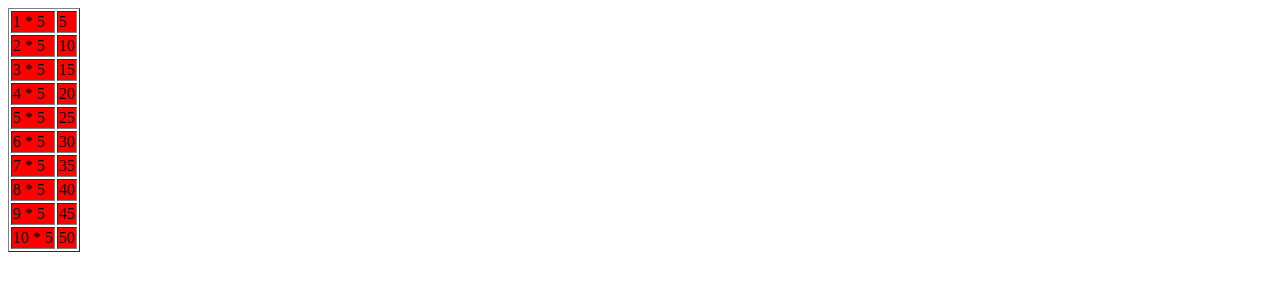
Repository: pedroblanch/ejerciciosPhp2021-2022
Page: http://localhost/tabla_multiplicar_3.php
An editor plug-in stored every save of this project. The page is shown before and after the next save, followed by the edit.
The browser window is 1280 px wide. The pictures show the whole page.
The page is run by PHP 8.4 with error messages shown; the project is at /var/www/html/.

Above is the page before, as saved 2021-12-17 12:36:00.

After the next save:
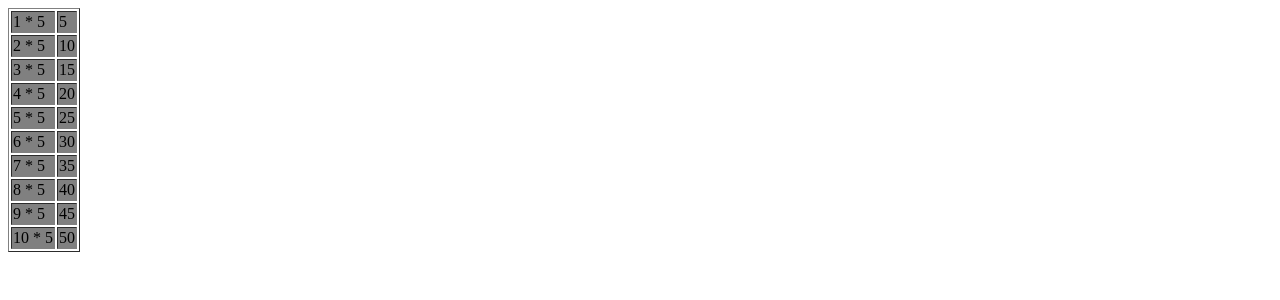
Saved 23 s later.
--- a/ejerciciosBasicos/tabla_multiplicar_3.php
+++ b/ejerciciosBasicos/tabla_multiplicar_3.php
@@ -2,7 +2,7 @@
 <?php
 for($i=1;$i<=10;$i++){
   $resultado=$i*5;
-  echo("<tr style='background-color:#FF0000'><td>$i * 5</td><td>$resultado</td></tr>");
+  echo("<tr style='background-color:grey'><td>$i * 5</td><td>$resultado</td></tr>");
 }
 ?>
 </table>
